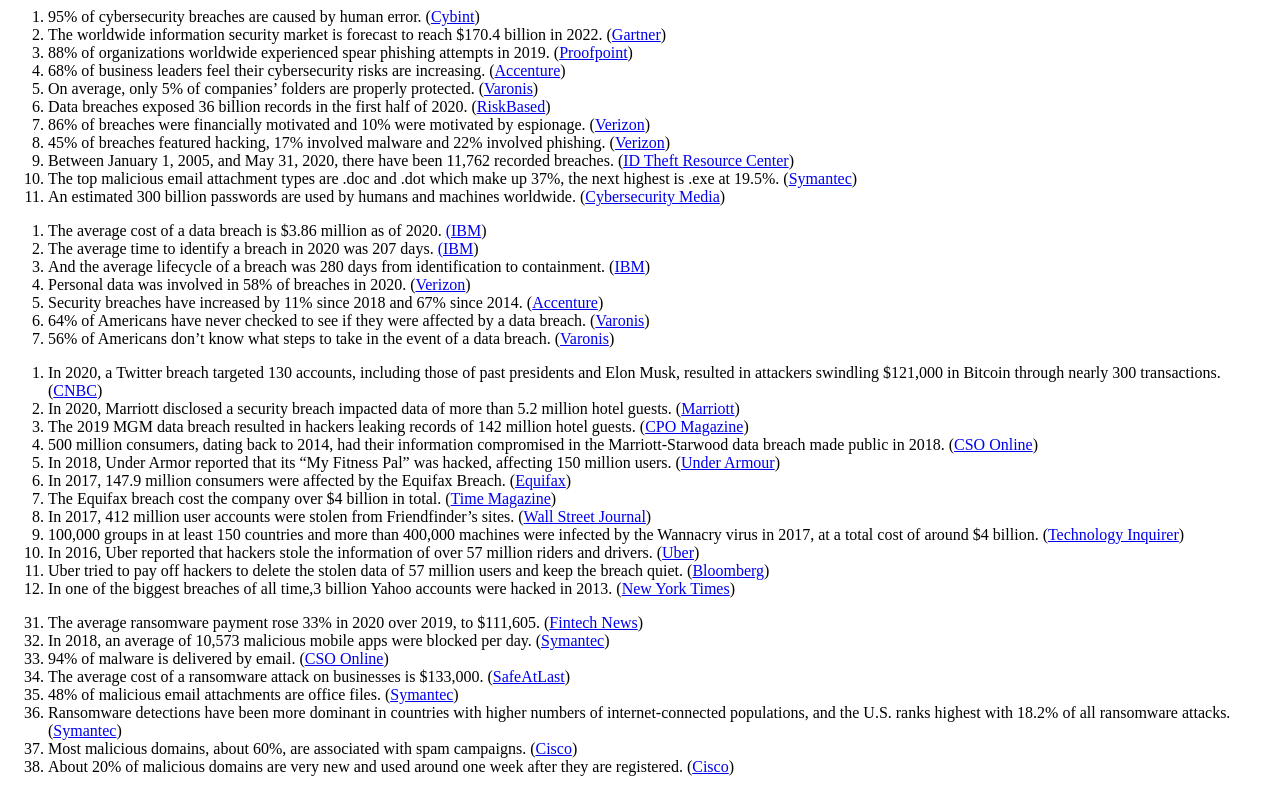
Repository: AniruddhAnand/zero_day_shield
Page: assets/data/facts.html
The author's editor kept a copy of each file at every save. The page is drawn from the files as they stood at one save, then again after the next save.
The browser window is 1280 px wide. The pictures show the whole page.

Above is the page before, as saved 2021-07-10 15:06:04.

After the next save:
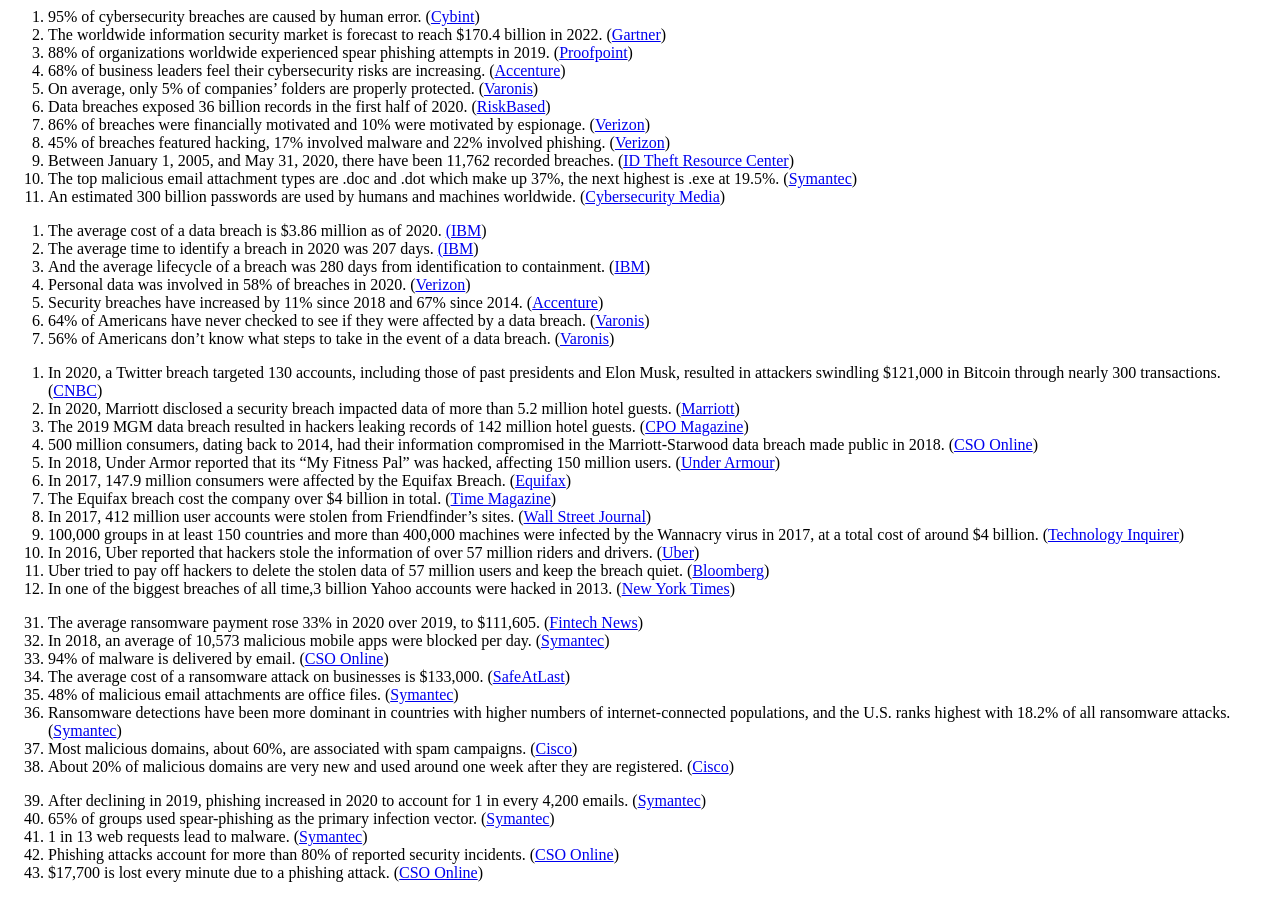
Saved 14 s later.
--- a/assets/data/facts.html
+++ b/assets/data/facts.html
@@ -130,6 +130,13 @@
             registered. (<a href="https://www.cisco.com/c/dam/m/digital/elq-cmcglobal/witb/acr2018/acr2018final.pdf?"
                 target="_blank" rel="noopener noreferrer">Cisco</a>)</li>
     </ol>
+    <ol start="39">
+        <li aria-level="1">After declining in 2019, phishing increased in 2020 to account for 1 in every 4,200 emails. (<a href="https://symantec-enterprise-blogs.security.com/blogs/threat-intelligence/threat-landscape-q1-2020" target="_blank" rel="noopener noreferrer">Symantec</a>)</li>
+        <li aria-level="1">65% of groups used spear-phishing as the primary infection vector. (<a href="https://www.symantec.com/security-center/threat-report" target="_blank" rel="noopener noreferrer">Symantec</a>)</li>
+        <li aria-level="1">1 in 13 web requests lead to malware. (<a href="http://images.mktgassets.symantec.com/Web/Symantec/%7B3a70beb8-c55d-4516-98ed-1d0818a42661%7D_ISTR23_Main-FINAL-APR10.pdf?aid=elq_" target="_blank" rel="noopener noreferrer">Symantec</a>)</li>
+        <li aria-level="1">Phishing attacks account for more than 80% of reported security incidents. (<a href="https://www.csoonline.com/article/3153707/top-cybersecurity-facts-figures-and-statistics.html" target="_blank" rel="noopener noreferrer">CSO Online</a>)</li>
+        <li aria-level="1">$17,700 is lost every minute due to a phishing attack. (<a href="https://www.csoonline.com/article/3153707/top-cybersecurity-facts-figures-and-statistics.html" target="_blank" rel="noopener noreferrer">CSO Online</a>)</li>
+        </ol>
 </body>
 
 </html>
